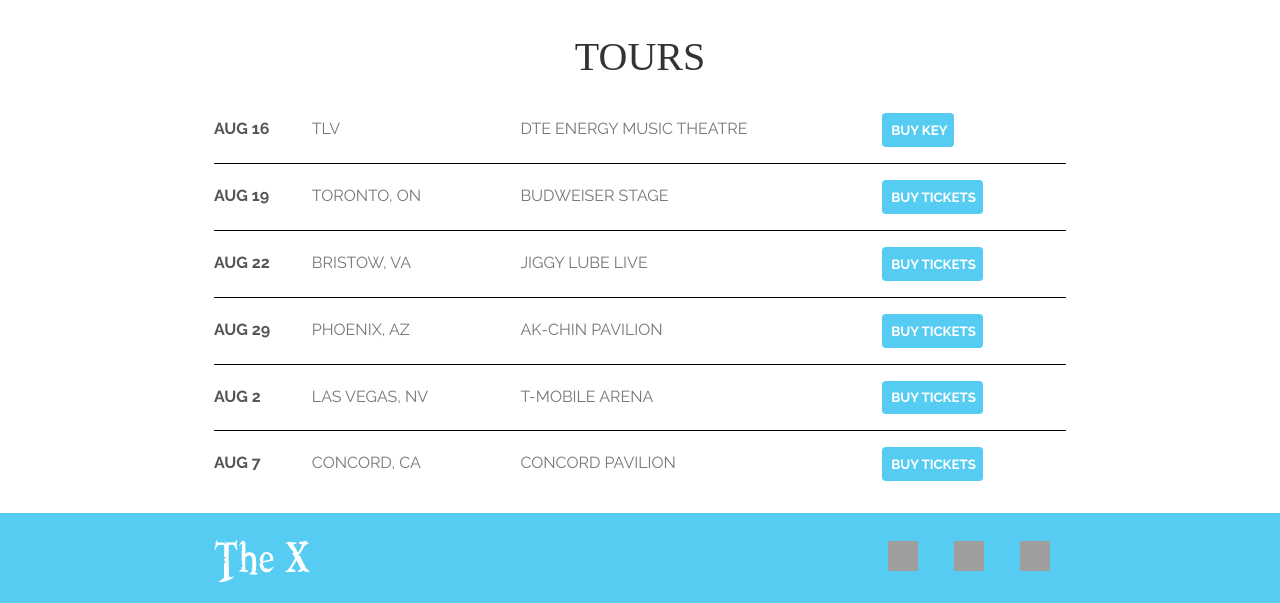
Repository: RL20/Strip_N_Shopping-cart
Page: index.html
These files come from the project's save history. The page is drawn as it stood at one moment and after the next save; the edit follows.
The browser window is 1280 px wide. The pictures show the part of the page from y = 424 to 1027 px (the page is 1027 px tall before and 960 px after).
Pictures or frames that could not be fetched are drawn as grey boxes. Some web fonts or font styles are not loaded; a fallback is used.

Above is the page before, as saved 2022-08-18 17:09:35.

After the next save:
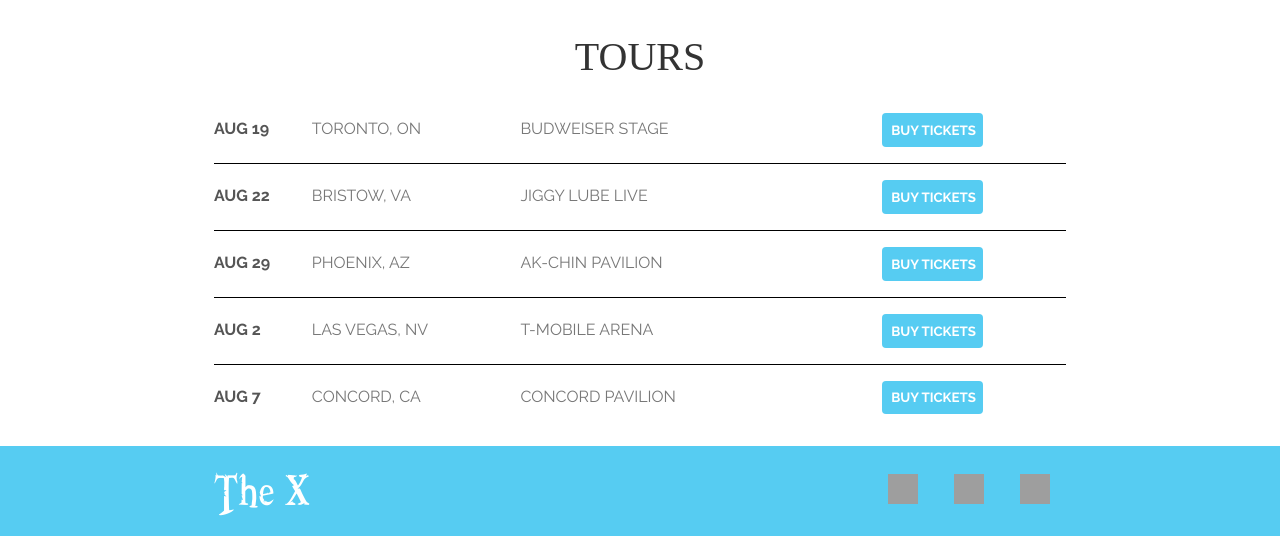
Saved 85 s later.
--- a/index.html
+++ b/index.html
@@ -23,12 +23,6 @@
     <section class="content-section container">
       <h2 class="section-header">TOURS</h2>
       <div>
-        <div class="tour-row">
-          <span class="tour-item tour-date">AUG 16</span>
-          <span class="tour-item tour-city">TLV</span>
-          <span class="tour-item tour-arena">DTE ENERGY MUSIC THEATRE</span>
-          <button type="button" class="tour-item tour-btn btn btn-primary">BUY KEY</button>
-        </div>
         <div class="tour-row">
           <span class="tour-item tour-date">AUG 19</span>
           <span class="tour-item tour-city">TORONTO, ON</span>
